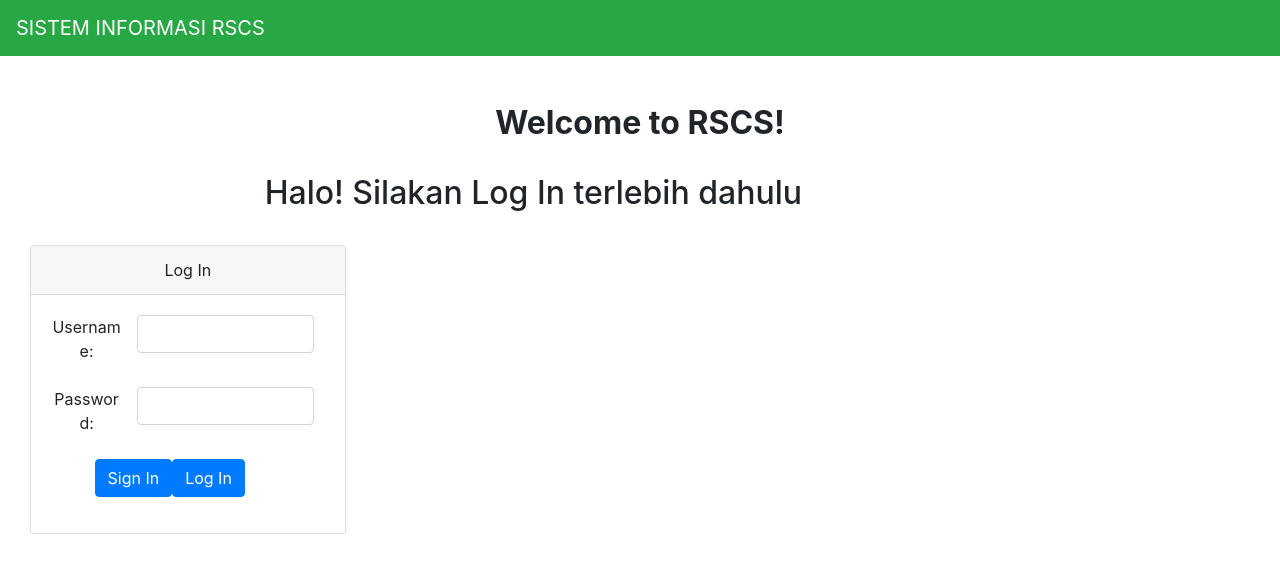
Repository: usamah1707/Tugas-Akhir-Kelompok-6
Page: http://localhost/login
These files come from the project's save history. The page is drawn as it stood at one moment and after the next save; the edit follows.
The browser window is 1280 px wide. The pictures show the whole page.
The page is this project's Thymeleaf template; nobody is signed in. The template is opened directly, without the code that normally fills it, so the values that code supplies are empty.

Above is the page before, as saved 2019-06-04 06:01:20.

After the next save:
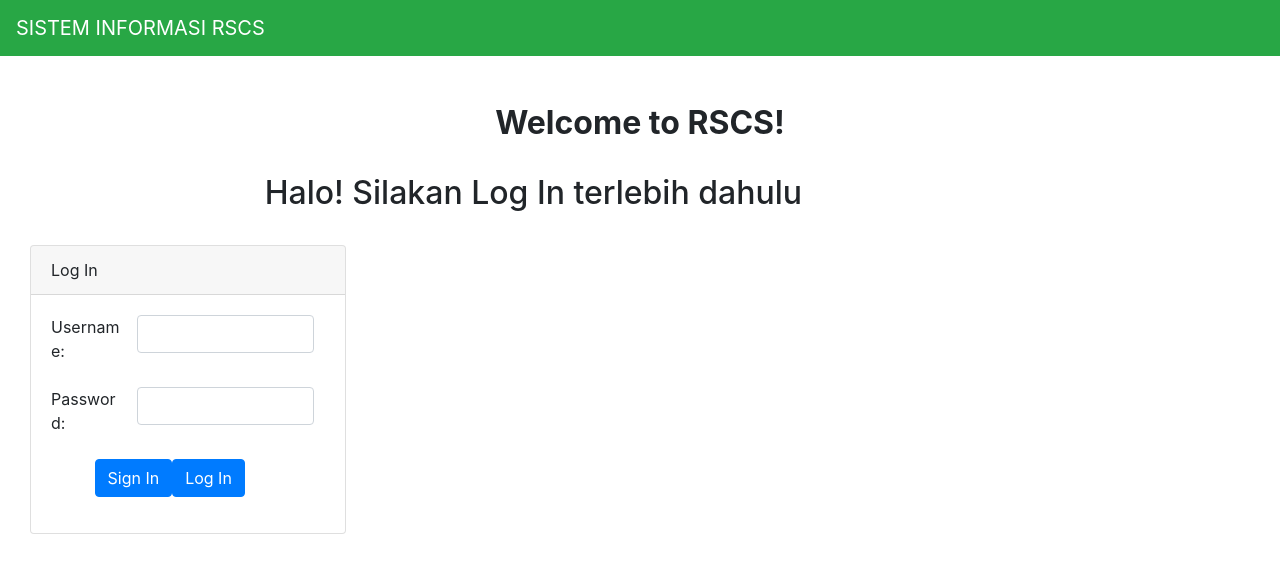
Saved 12 s later.
--- a/TA_6/src/main/resources/templates/login.html
+++ b/TA_6/src/main/resources/templates/login.html
@@ -21,7 +21,7 @@
 
       &nbsp  <h2 align = "center"><strong>Welcome to RSCS!</strong></h2>
         <br>
-        <div class="row" align = "center">
+        <div class="row">
             <div class="col-md-10">
 
     <div class="container-fluid">

After the save that followed:
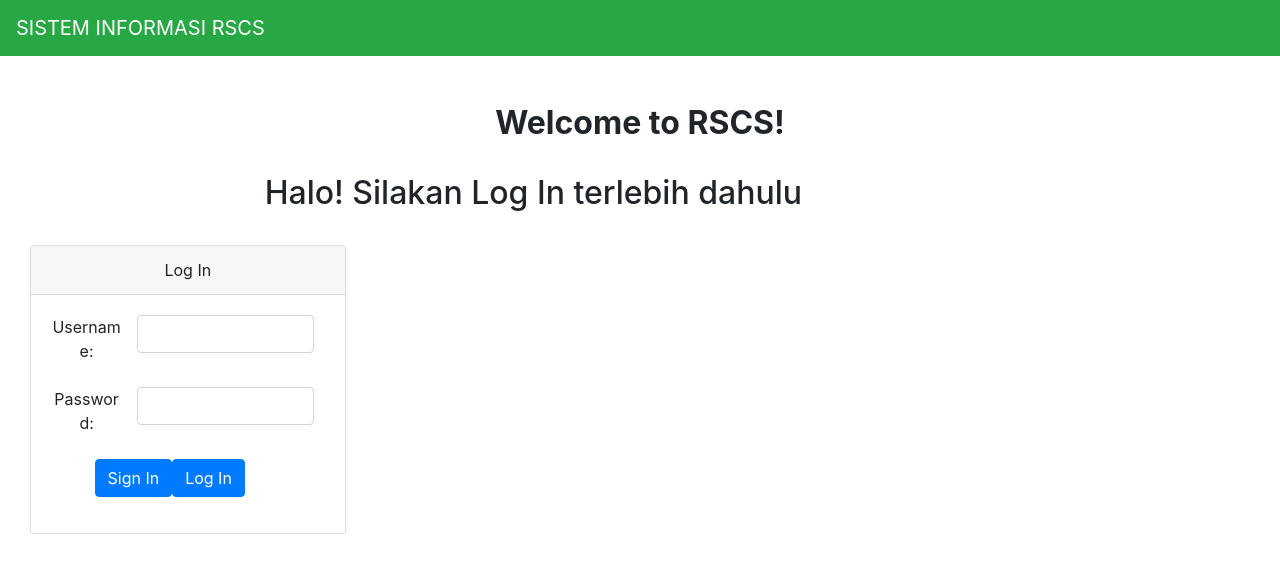
Saved 5 s later.
--- a/TA_6/src/main/resources/templates/login.html
+++ b/TA_6/src/main/resources/templates/login.html
@@ -21,7 +21,7 @@
 
       &nbsp  <h2 align = "center"><strong>Welcome to RSCS!</strong></h2>
         <br>
-        <div class="row">
+        <div class="row" align = "center">
             <div class="col-md-10">
 
     <div class="container-fluid">
